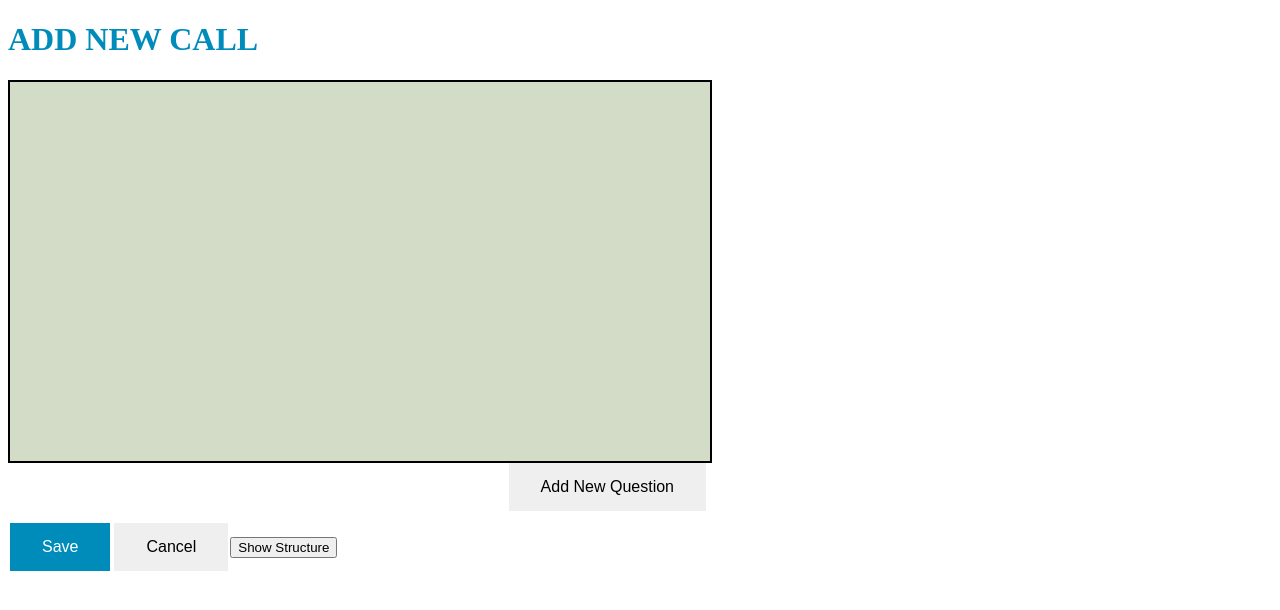
Repository: useforprashant/assignment
Page: http://localhost/springProject/home
These files come from the project's save history. The page is drawn as it stood at one moment and after the next save; the edit follows.
The browser window is 1280 px wide. The pictures show the whole page.
Some web libraries are served in a nearby version. The page is served by Tomcat 9.

Above is the page before, as saved 2017-08-17 06:10:02.

After the next save:
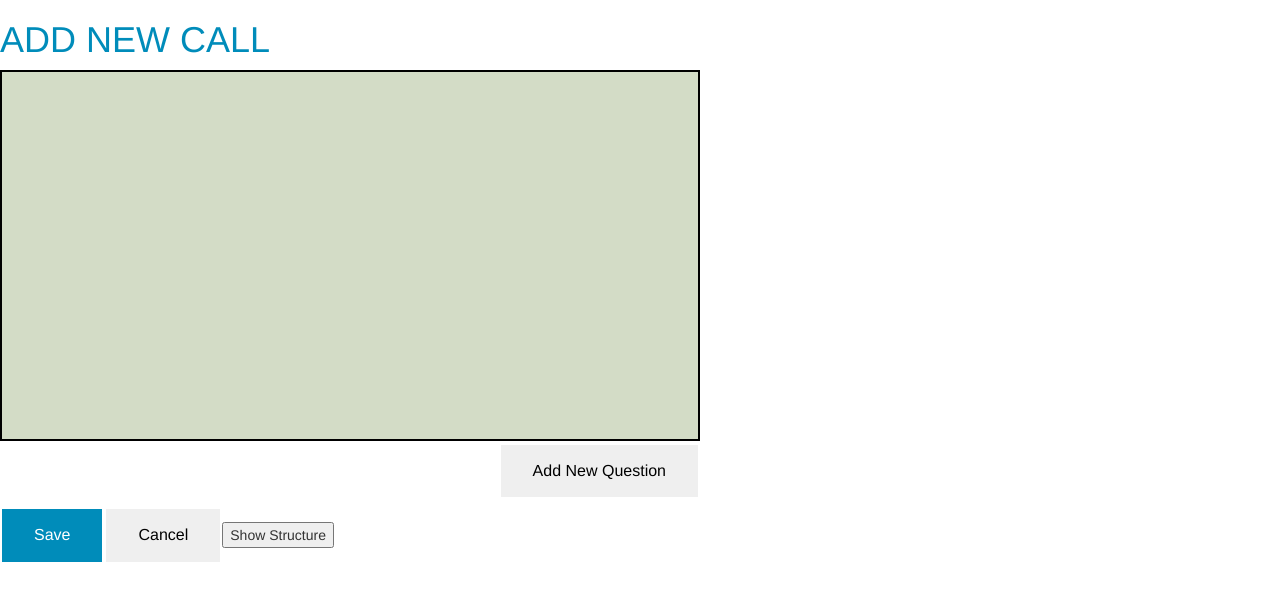
Saved 48 s later.
--- a/AugustDemo/springProject/src/main/webapp/WEB-INF/pages/home.jsp
+++ b/AugustDemo/springProject/src/main/webapp/WEB-INF/pages/home.jsp
@@ -7,6 +7,7 @@
 <title>Assignment</title>
 
 <script src="http://code.jquery.com/jquery-1.11.0.min.js"></script>
+ <link rel="stylesheet" href="https://maxcdn.bootstrapcdn.com/bootstrap/3.3.7/css/bootstrap.min.css">
 <script>
 
 var count =1;
